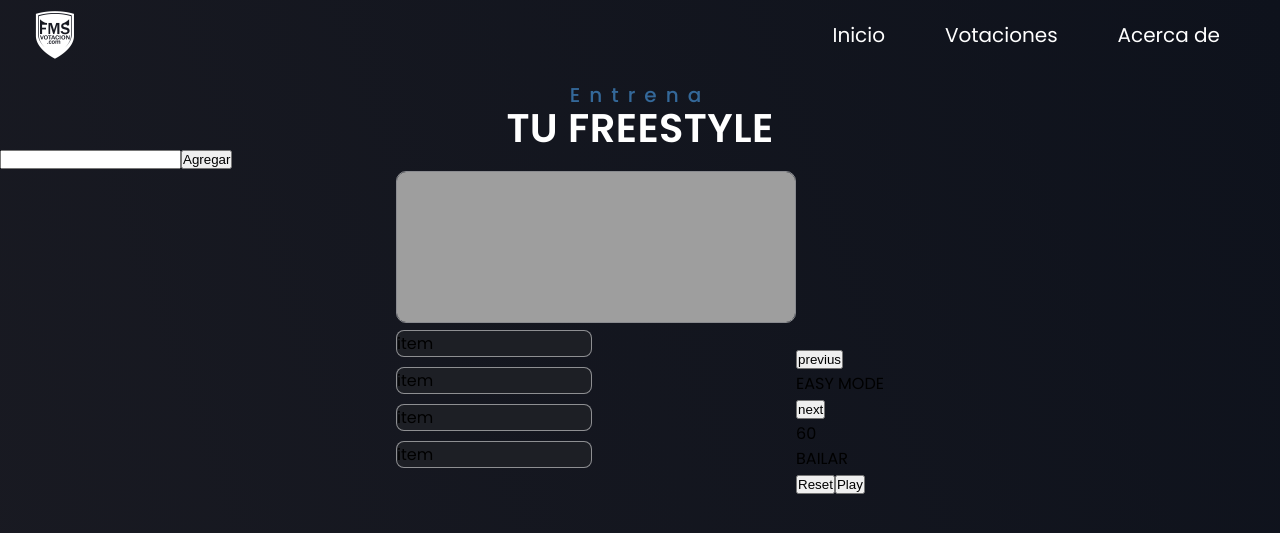
Repository: ezegonzalez912/fmsvotacion2
Page: /practice
An editor plug-in stored every save of this project. The page is shown before and after the next save, followed by the edit.
The browser window is 1280 px wide. The pictures show the whole page.
Pictures or frames that could not be fetched are drawn as grey boxes. The page's requests for data from a server got no answer. The project was rebuilt for these pictures with package versions that can differ from the ones it lists, and the page was loaded fresh each time. No one was signed in, and anything a server would have sent is missing. Also part of the build but not shown: src/components/screens/AboutScreen.js, src/components/Error.js, src/components/Apoya.js, src/components/screens/MainScreen.js, src/components/Contexts/CompContext.js, src/helpers/valueCheck.js, src/helpers/valueCheck2.js, src/hooks/useVote.js and 42 more.

Above is the page before, as saved 2021-08-15 00:51:16.

### public/index.html
<!DOCTYPE html>
<html lang="en">
  <head>
    <meta charset="utf-8" />
    <link rel="icon" href="%PUBLIC_URL%/favicon.ico" />
    <meta name="viewport" content="width=device-width, initial-scale=1" />
    <meta name="theme-color" content="#000000" />
    <meta
      name="description"
      content="Vota batallas con formato FMS desde un solo lugar, de manera sencilla, sin la necesesidad de descargar nada.
              COMO VOTAR FMS ARGENTINA CHILE PERU MEXICO COLOMBIA INTERNACIONAL ESPAÑA BNET DESCARGAR COMO VOTAR FMS ONLINE WOS FINAL FMS INTERNACIONAL RED BULL DECIMALES
              2021 2018 FORMATO FMS"
    />
    <link rel="apple-touch-icon" href="%PUBLIC_URL%/logo192.png" />
    <!--
      manifest.json provides metadata used when your web app is installed on a
      user's mobile device or desktop. See https://developers.google.com/web/fundamentals/web-app-manifest/
    -->
    <link rel="manifest" href="%PUBLIC_URL%/manifest.json" />
    <link rel="preconnect" href="https://fonts.googleapis.com">
    <link rel="preconnect" href="https://fonts.gstatic.com" crossorigin>
    <link rel="stylesheet" href="https://cdnjs.cloudflare.com/ajax/libs/animate.css/4.1.1/animate.min.css" />
    <link href="https://fonts.googleapis.com/css2?family=Poppins:wght@100;200;300;400;500;600&display=swap" rel="stylesheet">
    <title>FMS Votación</title>
    <script data-ad-client="ca-pub-5177858250142548" async src="https://pagead2.googlesyndication.com/pagead/js/adsbygoogle.js"></script>
  </head>
  <body>
    <noscript>You need to enable JavaScript to run this app.</noscript>
    <div id="root"></div>
    <!--
      This HTML file is a template.
      If you open it directly in the browser, you will see an empty page.

      You can add webfonts, meta tags, or analytics to this file.
      The build step will place the bundled scripts into the <body> tag.

      To begin the development, run `npm start` or `yarn start`.
      To create a production bundle, use `npm run build` or `yarn build`.
    -->
  </body>
</html>

### src/styles/app.scss
@forward "./settings/main";
@forward "./components/menu";
@forward "./components/mode";
@forward  "./components/subtitles-mode";
@forward "./components/modal";
@forward "./components/navbar";
@forward "./components/screens";
@forward "./components/videoAndVote";
@forward "./components/searchVideo";
@forward "./components/error";
@forward "./components/votedSaveds";
@forward "./components/about";
@forward "./components/apoya";
@forward "./components/practice";
@forward "./settings/settings";

### src/styles/settings/_main.scss
@use "../settings/colors" as c;

body, html{
    background: c.$gradient-primary;
    margin: 0;
    height: auto;
    width: auto;
    box-sizing: border-box;
    font-family: 'Poppins', sans-serif;
}

*{
    margin: 0;
    padding: 0;
    box-sizing: border-box;
}

*::-webkit-scrollbar {
    width: 8px;     /* Tamaño del scroll en vertical */
    height: 8px;    /* Tamaño del scroll en horizontal */
}

*::-webkit-scrollbar-thumb {
    background: rgba(43, 42, 42, 0.267);
    border-radius: 4px;
    box-shadow: 0px 0px 6px rgba(0, 0, 0, 0.315);
}

*::-webkit-scrollbar-track {
    background: c.$dark-primary;
    box-shadow: 0px 0px 6px rgba(0, 0, 0, 0.158);
}

*{
    scroll-behavior: smooth;
}

@media (max-width:280px){
    body, html{
        background: c.$dark-primary;
    }
}

### src/styles/settings/_colors.scss
$primary: #346899;
$secundary: #244463;
// $dark-primary: #1a1a1b;
// $dark-secundary: #242425;
$border: rgba(255, 255, 255, 0.5);
//$gradient-primary: linear-gradient(250.3deg, rgb(24, 24, 24), #242425);
$gradient-primary: linear-gradient(250.3deg, #0E121C, #191A22);
$dark-primary: #16181f;
$dark-secundary: #1d1f25;

### src/styles/components/_menu.scss
@use "../settings/colors" as c;
@use "../settings/mixins" as m;

.menu__main{
    @include m.center(column);
    height: auto;
    min-height: 160px;
    color: white;
    z-index: 800;
    p{
        font-size: 12px;
    }
}

.menu__container{
    @include m.center(row);
    background: c.$dark-primary;
    border-radius: 7px;
    height: 160px;
    width: 735px;
    overflow: hidden;
    justify-content: space-between;
    border: 1px solid c.$border;
    z-index: 500;
}

.menu__mode{
    @include m.center(column);
    box-sizing: border-box;
    padding: 4px 7px;
    height: 100%;
    width: 100%;
    justify-content: space-between;
    box-sizing: border-box;
}

.menu__title{
    @include m.center(row);
    width: 100%;
    justify-content: space-between;
    height: 20px;
    p{
        font-size: 14px;
        font-weight: 400;
        margin: 0;
    }
    svg{
        font-size: 14px;
        cursor: pointer;
        &:hover{
            color:c.$primary;
        }
    }
}

.menu__vote{
    @include m.center(column);
    justify-content: center;
    gap: 5px;
    width: 100%;
    height: 100%;
}

.menu__sangre{
    padding: 0 0;
}

.menu__move{
    height: 100%;
    width: 30px;
    display: flex;
    justify-content: center;
    align-items: center;
    cursor: pointer;
    &:hover{
        background: c.$dark-secundary;
    }
}

.menu__show{
    @include m.center(column);
    height: 20px;
    width: 10%;
    text-align: center;
    cursor: pointer;
    transition: .2s;
    border-radius: 7px;
    &:hover{
        background: c.$dark-secundary;
    }
}

.menu__buttons{
    margin-top: 5px;
    z-index: 100;
    width: 735px;
    height: 30px;
    @include m.center(row);
    button{
        @include m.inputNormal;
        @include m.center(row);
        background: c.$dark-primary;
        color: white;
        border: 1px solid c.$border;
        margin: 0px 3px;
        height: 30px;
        padding: 0 10px;
        width: auto;
        &:hover{
            background: c.$dark-secundary;
        }
    }
    .menu__button-short{
        width: 35px;
    }
}

.menu__mode-resposive{
    opacity: 0;
}

.menu__title-icons{
    @include m.center(row);
    flex-direction: row-reverse;
}

.menu__title-icon-question{
    cursor: pointer;
    &:hover{
        color: c.$primary;
    }
}

.menu__title-icon-window{
    margin-left: 10px;
}

.menu__title-question{
    display: none;
    padding: 5px;
    position: relative;
    top: 30px;
    margin-right: 5px;
    background: c.$dark-secundary;
    border: 1px solid c.$border;
    border-radius: 10px 0 10px 10px;
    box-shadow: 0px 0px 6px rgba(0, 0, 0, 0.315);
    p{
        font-size: 12px;
        font-weight: 200;
        color: white;
    }
}

.menu__title-icon-question:hover ~ .menu__title-question{
    display: flex;
}

@media (max-width: 739px){
    .menu__title{

        svg{
            display: none;
        }
    }
    .menu__container{
        height: 145px;
    }
    .menu__buttons{

        width: 100%;
        button{
            width: 100%;
        }
    }
    .menu__show{
        display: none;
    }
    .menu__vote{
        justify-content: center;
        gap: 5px;
    }
}

### src/styles/settings/_mixins.scss
@use "../settings/colors" as c;

@mixin center($direction) {
    align-items: center;
    display: flex;
    flex-direction: $direction;
    justify-content: center;
}

@mixin input {
    border-style: none;
    outline: none;
    color: white;
    border-radius: 8px;
    font-size: 18px;
    font-weight: 600;
    text-align: center;
    width: 27px;
    height: 27px;
}

@mixin inputNormal {
    border-style: none;
    outline: none;
    cursor: pointer;
    border-radius: 8px;
    font-size: 14px;
    transition: .2s;
}

### src/styles/components/_mode.scss
@use "../settings/colors" as c;
@use "../settings/mixins" as m;

.mode__main{
    display: flex;
    justify-content: space-evenly;
    align-items: center;
    width: 100%;
    height: auto;
    box-sizing: border-box;
    p{
        width: 12%;
        margin: 0;
    }
}

.mode__name{
    @include m.inputNormal;
    cursor: text;
    padding: 3px 0;
    text-align: center;
    background-color: c.$dark-secundary;
    border: 1px solid c.$border;
    color: white;
    width: 17%;
    margin: 0;
    &:focus{
        border: 1px solid c.$primary;
    }
}

.mode__input{
    @include m.input;
    margin: 0 3px;
    background-color: c.$dark-secundary;
}

.mode__input2{
    @include m.input;
    margin: 0 3px 0 10px;
    background-color: c.$dark-secundary;
}

.mode__inputRes{
    @include m.center(column);
}

.mode__checkbox{
    height: 15px;
    margin: 3px 0 0 0;
    color: red;
}

.mode__total{
    @include m.input;
    background-color: c.$dark-secundary;
    color: white;
    margin-left: 10px;
    font-size: 13px;
    width: 35px;
}

.mode__res{
    @include m.center(row)
}

.mode__resultado{
    @include m.center(row);
    justify-content: space-evenly;
    width: 100%;
    p{
        margin: 0 0 5px 0;
    }
    div {
        @include m.center(column);
    }
}

.mode__resultado-subtitle{
    margin: 0;
    color: c.$primary;
    font-weight: 600;
    letter-spacing: .45px;
}

### src/styles/components/_subtitles-mode.scss
@mixin default($padding) {
    display:flex;
    justify-content: flex-end;
    width: 100%;
    text-align: right;
    padding-right: $padding;
    p{
        font-size: 10px;
        font-weight: 300;
        margin-top: 0;
        margin-bottom: 0;
    }
}

.subtitle_4{
    margin-left: 7px;
}
.subtitle_3{
    margin-left: 5px;
}
.subtitle_2{
    margin-left: 4px;
}

.menu__easy-subtitle{
    @include default(72px);
}

.menu__hard-subtitle{
    @include default(83px);
}

.menu__tematica-subtitle{
    @include default(104px);
}

.menu__random-subtitle{
    @include default(60px);
}

.menu__sangre-subtitle{
    @include default(82px);
}

.menu__deluxe-subtitle{
    @include default(22px);
}

### src/styles/components/_modal.scss
@use "../settings/colors" as c;
@use "../settings/mixins" as m;

.modal__main{
    display: none;
    top: 0;
    left: 0;
    position: fixed;
    height: 100%;
    width: 100%;
    background-color: rgba(16, 16, 22, 0.664);
    z-index: 999;
    text-align: center
}

.modal__main-open{
    @include m.center(column);
}

.modal__container{
    @include m.center(column);
    background-color: c.$dark-primary;
    border: 1px solid c.$border;
    border-radius: 8px;
    color: white;
    padding: 20px;
    width: 300px;
    p{
        margin: 0 10px 20px 10px;
    }
    label{
        font-size: 13px;
        display: flex;
        width: 100%;
        padding-left: 10px;
    }
}

@mixin button{
    @include m.inputNormal;
    padding: 8px;
    color: white;
    border: 1px solid c.$border;
    margin: 0 5px;
    background-color: c.$dark-secundary;
}

.modal__button{
    @include button;
    &:hover{
        background-color: c.$primary;
    }
}

.modal__input{
    @include m.inputNormal;
    border: 1px solid c.$border;
    background-color: c.$dark-primary;
    padding: 10px;
    color: white;
    width: 100%;
    margin-bottom: 10px;
    box-sizing: border-box;
    cursor: text;
    &:focus{
        border: 1px solid c.$primary;
    }
}

@media (max-width:300px){
    .modal__container{
        width: 95%;
    }
}

### src/styles/components/_navbar.scss
@use "../settings/colors" as c;
@use "../settings/mixins" as m;

.navBar__cotainer{
    @include m.center(row);
    position: absolute;
    top: 0;
    justify-content: space-between;
    box-sizing: border-box;
    padding: 10px 30px;
    height: 70px;
    width: 100%;
    min-width: 280px;
    box-sizing: border-box;
    z-index: 800;
    a{
        height: 100%;
        z-index: 900;
        img{
            z-index: 900;
            height: 100%;
        }
    }
    .navBar__text{
        a{
            font-size: 20px;
            text-decoration: none;
            color: white;
            padding: 5px 30px;
            transition: .2s;
            &:hover{
                color: c.$primary;
            }
        }
    }
}

.navBar__menu{
    display: none;
    justify-content: center;
    align-items: center;
    z-index: 500;
    height: 50px;
    width: 50px;
    border-radius: 50px;
    transition: .2s;
    &:hover{
      background: c.$primary;
    }
    svg{
        font-size: 35px;
        color: white;
        cursor: pointer;
    }
}

.navBar__menu-list{
    display: none;
    z-index: 400;
    background: c.$dark-secundary;
    box-shadow: 0px 0px 6px rgba(0, 0, 0, 0.315);
    position: absolute;
    top: 0;
    right: 0;
    flex-direction: column;
    box-sizing: border-box;
    width: 100%;
    justify-content: flex-start;
    align-items: center;
    padding-top: 70px;
    a{
        width: 100%;
        text-align: center;
        text-decoration: none;
        color: white;
        padding: 15px 0;
        border-bottom: 1px solid c.$dark-primary;
        transition: .2s;
        &:hover{
            background: c.$dark-primary;
        }
    }
}

@media (max-width:900px){
    .navBar__menu{
        display: flex;
    }
    .navBar__menu-list{
        display: flex;
    }
    .navBar__text{
        display: none;
    }
    .navBar__cotainer{
        padding: 10px 20px;
    }
}
@media (max-width:700px){
    .navBar__cotainer{
        padding: 10px 15px;
    }
}
@media (max-width:600px){
    .navBar__cotainer{
        padding: 10px 10px;
    }
}
@media (max-width:500px){
    .navBar__cotainer{
        padding: 10px 5px;
    }
}

### src/styles/components/_screens.scss
@use "../settings/colors" as c;
@use "../settings/mixins" as m;

.screen__main{
    box-sizing: border-box;
    min-height: 600px;
    min-width: 280px;
    height: 100vh;
    width: 100%;
}

.screen__vote{
    margin-top: 70px;
    width: 100%;
    display: flex;
    justify-content:center;
    align-items: center;
    height: 100vh;
    min-height: 400px;
    min-width: 280px;
}

.vote-window__screen{
    @include m.center(column);
    height: 100vh;
    width: 100%;
}

.about__screen{
    position: relative;
    width: 100%;
    min-height: 100vh;
    height: auto;
    min-width: 280px;
}

.vote-saved__screen{
    min-width: 280px;
    height: auto;
    width: 100%;
    padding-top: 100px;
    padding-bottom: 130px;
    box-sizing: border-box;
    min-height: 100vh;
    @include m.center(column);
    justify-content: flex-start;
    gap: 50px;
    position: relative;
}

.screen__practice{
    padding-top: 80px;
    height: 100vh;
    width: 100%;
}

### src/styles/components/_videoAndVote.scss
@use "../settings/colors" as c;
@use "../settings/mixins" as m;

.videoAndVote__main{
    width: 100%;
    height: 100vh;
    display: flex;
    flex-direction: column;
    justify-content: center;
    align-items: center;
    gap: 5px;
    padding: 5px;
}

.video-player{
    width: 100%;
    height: 100%;
    iframe{
        border-radius: 8px;
    }
}

@media (max-width: 738px){
    .videoAndVote__main{
        padding: 0;
    }
    .video-player{
        iframe{
            border-radius: 0;
        }
    }
    .vote-app__scroll{
        box-sizing: border-box;
        width: 100%;
        overflow-x: scroll;
        overflow-y: hidden;
        min-height: 195px;
        display: flex;
        align-items: flex-start;
        padding: 0 5px;
    }
}

### src/styles/components/_searchVideo.scss
@use "../settings/colors" as c;
@use "../settings/mixins" as m;

.searchVideo__main{
    position: relative;
    @include m.center(column);
    height: 100%;
}

.searchVideo__title{
    @include m.center(column);
    color: white;
    p{
        color: c.$primary;
        font-size: 20px;
        letter-spacing: 0.45em;
    }
    h2{
        letter-spacing: 0.010em;
        font-size: 40px;
        font-weight: 600;
        text-align: center;
        line-height: 110%;
        margin-bottom: 10px;
    }
}

.searchVideo__form{
    display: none;
    border-radius: 20px;
    z-index: 200;
    @include m.center(row);
    box-shadow: 0px 0px 6px rgba(0, 0, 0, 0.315);
    input{
        @include m.inputNormal;
        border-radius: 20px 0 0 20px;
        width: 450px;
        padding: 0 10px;
        height: 40px;
        color: c.$dark-secundary;
        cursor: text;
        background: c.$primary;
        &::placeholder{
            letter-spacing: 0.6px;
            color: c.$dark-secundary;
            font-size: 15px;
        }
    }
    button{
        @include m.inputNormal;
        @include m.center(row);
        background: c.$primary;
        border-left: 1px solid c.$dark-secundary;
        border-radius: 0 20px 20px 0;
        padding: 0 15px;
        height: 40px;
        color: c.$dark-secundary;
        &:hover{
            background: c.$secundary;
        }
    }
}

.searchVideo____ventana{
    @include m.center(row);
    cursor: pointer;
    color: c.$secundary;
    transition: .2s;
    p{
        margin-top: 5px;
        text-decoration: underline;
        font-size: 13px;
    }
    svg{
        font-size: 8px;
        margin-left: 2px;
    }
    &:hover{
        color: c.$primary;
    }
}

.curve{
    position: absolute;
    bottom: 0;
    z-index: 100;
    width: 100%;
    svg{
        path{
            fill: c.$primary;
        }
    }
}

@media (max-width:800px){
    .searchVideo__title{
        h2{
            font-size: 32px;
            line-height: 45px;
        }
        p{
            font-size: 17px;
        }
    }
    .searchVideo____ventana{
        display: none;
    }
}

@media (max-width:600px){
    .searchVideo__main{
        padding:0 30px;
    }
    .searchVideo__form{
        width: 100%;
        input{
            width: 100%;
        }
    }
}

@media (max-width:500px){
    .searchVideo__title{
        h2{
            font-size: 25px;
            line-height: 120%;
            margin-bottom: 5px;
        }
        p{
            font-size: 15px;
        }
    }
}
@media (max-width:400px){
    .searchVideo__title{
        h2{
            font-size: 20px;
            margin-bottom: 5px;
        }
        p{
            font-size: 13px;
        }
    }
    .searchVideo__main{
        padding: 0 15px;
    }
}
@media (max-width:300px){
    .searchVideo__main{
        padding:0 5px;
    }
    .searchVideo__title{
        h2{
            font-size: 17px;
            margin: 3px 0 15px 0;
        }
        p{
            font-size: 11px;
        }
    }
}

### src/styles/components/_error.scss
@use "../settings/colors" as c;
@use "../settings/mixins" as m;

.searchVideo__ventana{
    @include m.center(row);
    width: 100%;
}

.error__container{
    z-index: 900;
    @include m.center(row);
    position: absolute;
    width: 390px;
    padding: 5px 10px 10px 10px;
    top: 5vh;
    background: white;
    border-radius: 20px;
    box-shadow: 3px 3px 6px rgba(0, 0, 0, 0.315);
    svg{
        color: rgb(214, 97, 76);
        font-size: 60px;
        margin-right: 10px;
    }
    h2{
        color: c.$primary;
        font-size: 20px;
    }
    p{
        font-size: 14px;
    }
}

@media (max-width:800px){
    .error__container{
        width: 340px;
        padding: 5px 8px 8px 8px;
        svg{
            font-size: 60px;
            margin-right: 10px;
        }
        h2{
            font-size: 16px;
        }
        p{
            font-size: 12px;
        }
    }
}

@media (max-width:390px){
    .error__container{
        width: 90%;
        svg{
            font-size: 50px;
            margin-right: 5px;
        }
        h2{
            font-size: 14px;
        }
        p{
            font-size: 11.5px;
        }
    }
}

### src/styles/components/_about.scss
@use "../settings/colors" as c;
@use "../settings/mixins" as m;

.about__main{
    @include m.center(column);
    align-items: flex-start;
    width: 100%;
    height: 100%;
    padding: 100px;
    padding-bottom: 150px;
    box-sizing: border-box;
    h1{
        color: white;
    }
}

.about__title{
    margin-bottom: 10px;
    h2{
        letter-spacing: 0.010em;
        font-size: 40px;
        font-weight: 600;
        text-align: center;
        line-height: 90%;
        color: white;
    }
    p{
        color: c.$primary;
        font-size: 20px;
        letter-spacing: 0.45em;
        font-weight: 500;
    }
}

.about__info{
    color: white;
    margin-bottom: 20px;
    max-width: 800px;
    h1{
        font-size: 18px;
        font-weight: 500;
    }
    p{
        font-size: 14px;
        font-weight: 300;
        a{
            color: c.$primary;
            &hover{
                color: c.$secundary;
            }
        }
    }
}

@media (max-width:700px){
    .about__main{
        padding-right: 40px;
        padding-left: 40px;
    }
    .about__title{
        h2{
            font-size: 30px;
        }
        p{
            font-size: 17px;
        }
    }
    .about__info{
        h1{
            font-size: 15px;
        }
        p{
            font-size: 13px;
        }
    }
}

@media (max-width:500px){
    .about__main{
        padding-right: 15px;
        padding-left: 15px;
    }
    .about__title{
        h2{
            font-size: 28px;
        }
        p{
            font-size: 15px;
        }
    }
    .about__info{
        h1{
            font-size: 13px;
        }
        p{
            font-size: 11px;
        }
    }
}
@media (max-width:400px){
    .about__main{
        padding-right: 10px;
        padding-left: 10px;
    }
    .about__title{
        h2{
            font-size: 24px;
        }
    }
}

### src/styles/components/_apoya.scss
@use "../settings/colors" as c;
@use "../settings/mixins" as m;

.apoya__main{
    position: absolute;
    background-color: c.$dark-secundary;
    border: 1px solid c.$border;
    border-radius: 8px;
    width: 285px;
    padding: 5px;
    bottom: 10px;
    right: 10px;
    box-shadow: 1px 1px 6px rgba(0, 0, 0, 0.315);
    h1{
        font-size: 14px;
        font-weight: 500;
        color: c.$primary;
    }
    p{
        font-size: 13px;
        padding-right: 10px;
        font-weight: 300;
        color: c.$dark-primary;
        color: white;
        span{
            color: c.$primary;
            text-decoration: underline;
            cursor: pointer;
            &:hover{
                color: c.$secundary;
            }
        }
    }
    z-index: 900;
}

.apoya__title{
    @include m.center(row);
    justify-content: space-between;
    svg{
        cursor: pointer;
        color: white;
        font-size: 15px;
    }
}

### src/styles/components/_practice.scss
@use "../settings/colors" as c;
@use "../settings/mixins" as m;

.practice__main{
    @include m.center(row);
    flex-wrap: wrap;
}

.practice__select-video{
    width: 400px;
    height: 500px;
    iframe{
        width: 100%;
        height: auto;
        border-radius: 10px;
        border: 1px solid c.$border;
    }
}

.practice__video-list{
    @include m.center(row);
    flex-wrap: wrap;
    gap: 10px 10px;
    justify-content: space-between;
}

.video-list-item{
    background: c.$dark-secundary;
    border: 1px solid c.$border;
    border-radius: 8px;
    width: 49%;
}

### src/styles/settings/_settings.scss
@use "../settings/colors" as c;

.opacity-0{
    opacity: 0;
}

.dsp-none{
    display: none;
}

.pd-0{
    padding: 0;
}

.cursor-p{
    cursor: pointer;
}

.color-primary{
    color: c.$primary;
}

.f-w800{
    font-weight: 800;
}

.title-ppl{
    letter-spacing: 0.010em;
    font-size: 40px;
    font-weight: 600;
    text-align: center;
    line-height: 90%;
    color: white;
}

.title-scy{
    text-align: center;
    color: c.$primary;
    font-size: 20px;
    letter-spacing: 0.45em;
    font-weight: 500;
}

@media (max-width:800px){
    .title-ppl{
        font-size: 30px
    }
    .title-scy{
        font-size: 15px;
    }
}

Loaded but not shown: src/components/screens/PracticeScreen.js (40 lines, source omitted); src/routers/AppRouter.js (33 lines, source omitted); src/components/NavBar.js (35 lines, source omitted); src/index.js (24 lines, source omitted); src/components/Contexts/StartContext.js (22 lines, source omitted); src/App.js (8 lines, source omitted); src/styles/components/_votedSaveds.scss (245 lines, source omitted)

After the next save:
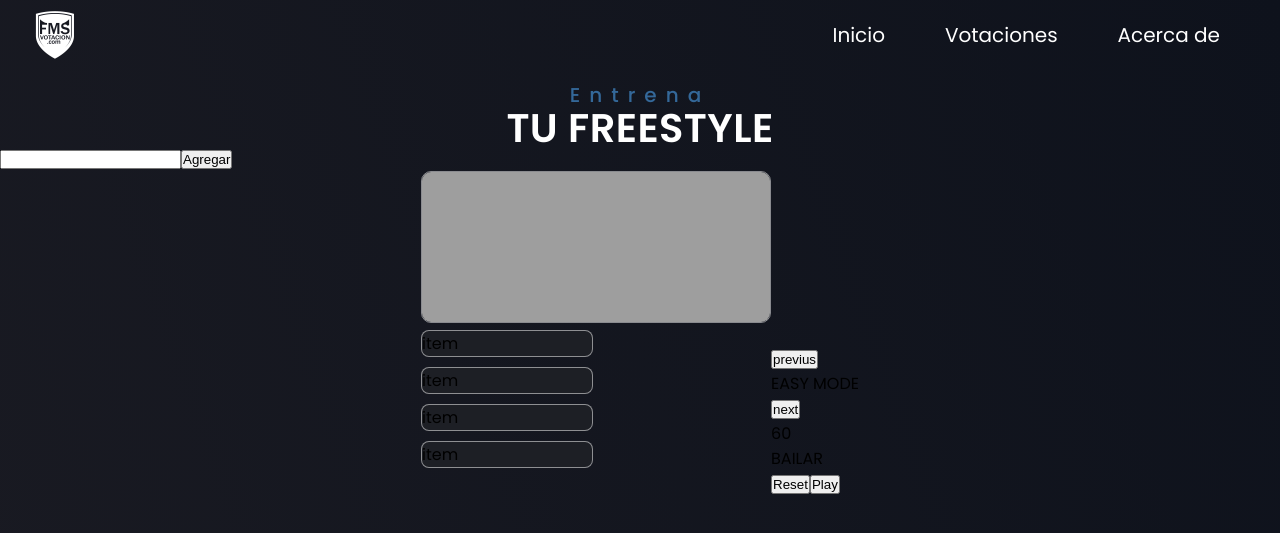
Saved 6 s later.
--- a/src/styles/components/_practice.scss
+++ b/src/styles/components/_practice.scss
@@ -7,7 +7,7 @@
 }
 
 .practice__select-video{
-    width: 400px;
+    width: 350px;
     height: 500px;
     iframe{
         width: 100%;
